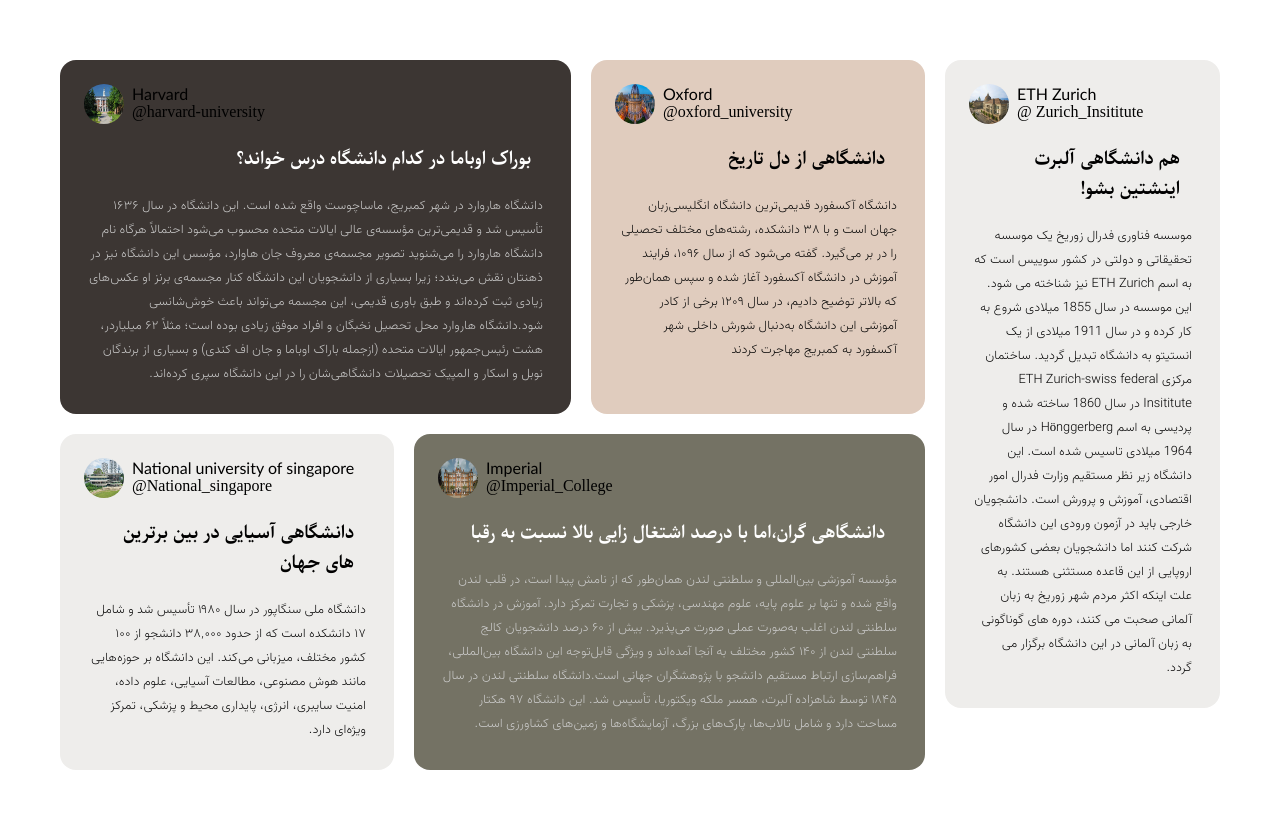
Repository: rahanwz/cards
Page: cards.html
An editor plug-in stored every save of this project. The page is shown before and after a run of saves, followed by the edit.
The browser window is 1280 px wide. The pictures show the whole page.

Above is the page before, as saved 2024-02-17 16:54:33.

### cards.html
<!DOCTYPE html>
<html lang="en">
  <head>
    <meta charset="UTF-8" />
    <meta name="viewport" content="width=device-width, initial-scale=1.0" />
    <title>Document</title>
    <link rel="stylesheet" href="cards.css" />
  </head>
  <body>
    <div class="container">
      <div class="boxcard1">
        <div class="cardcontainer big-card">
          <div class="card1">
            <div class="head">
              <div class="profile">
                <div class="profilecontaner">
                  <img
                    src="harvard-university-6591e0b9df73096be8d614ee.webp"
                    alt=""
                  />
                </div>
              </div>

              <div>
                <div class="user">Harvard</div>
                <div class="id">@harvard-university</div>
              </div>
            </div>
            <div class="descrip1" style="color: #ffffff;">بوراک اوباما در کدام دانشگاه درس خواند؟</div>
            <div class="descrip2" style=" color: #d0d0d0;">
              دانشگاه هاروارد در شهر کمبریج، ماساچوست واقع شده است. این دانشگاه
              در سال ۱۶۳۶ تأسیس شد و قدیمی‌ترین مؤسسه‌ی عالی ایالات متحده محسوب
              می‌شود احتمالاً هرگاه نام دانشگاه هاروارد را می‌شنوید تصویر
              مجسمه‌ی معروف جان هاوارد، مؤسس این دانشگاه نیز در ذهنتان نقش
              می‌بندد؛ زیرا بسیاری از دانشجویان این دانشگاه کنار مجسمه‌ی برنز او
              عکس‌های زیادی ثبت کرده‌اند و طبق باوری قدیمی، این مجسمه می‌تواند
              باعث خوش‌شانسی شود.دانشگاه هاروارد محل تحصیل نخبگان و افراد موفق
              زیادی بوده است؛ مثلاً ۶۲ میلیاردر، هشت‌ رئیس‌جمهور ایالات متحده
              (ازجمله باراک اوباما و جان اف کندی) و بسیاری از برندگان نوبل و
              اسکار و المپیک تحصیلات دانشگاهی‌شان را در این دانشگاه سپری
              کرده‌اند.
            </div>
          </div>
        </div>

        <div class="cardcontainer small-card">
          <div class="card2">
            <div class="head">
              <div class="profile">
                <div class="profilecontaner">
                  <img
                    src="oxford-university-jpg-6591b422df73096be8d6145c.webp"
                    alt=""
                  />
                </div>
              </div>
              <div>
                <div class="user">Oxford</div>
                <div class="id">@oxford_university</div>
              </div>
            </div>
            <div class="descrip1">دانشگاهی از دل تاریخ</div>
            <div class="descrip2">
              دانشگاه آکسفورد قدیمی‌ترین دانشگاه انگلیسی‌زبان جهان است و با ۳۸
              دانشکده، رشته‌های مختلف تحصیلی را در بر می‌گیرد. گفته می‌شود که از
              سال ۱۰۹۶، فرایند آموزش در دانشگاه آکسفورد آغاز شده و سپس همان‌طور
              که بالاتر توضیح دادیم، در سال ۱۲۰۹ برخی از کادر آموزشی این دانشگاه
              به‌دنبال شورش داخلی شهر آکسفورد به کمبریج مهاجرت کردند
            </div>
          </div>
        </div>

        <div class="cardcontainer small-card">
          <div class="card3">
            <div class="head">
              <div class="profile">
                <div class="profilecontaner">
                  <img src="nus-6591f1acdf73096be8d61515.webp" alt="" />
                </div>
              </div>

              <div>
                <div class="user">National university of singapore</div>
                <div class="id">@National_singapore</div>
              </div>
            </div>
            <div class="descrip1">دانشگاهی آسیایی در بین برترین های جهان</div>
            <div class="descrip2">
              دانشگاه ملی سنگاپور در سال ۱۹۸۰ تأسیس شد و شامل ۱۷ دانشکده‌ است که
              از حدود ۳۸٬۰۰۰ دانشجو از ۱۰۰ کشور مختلف، میزبانی می‌کند. این
              دانشگاه بر حوزه‌هایی مانند هوش مصنوعی، مطالعات آسیایی، علوم داده،
              امنیت سایبری، انرژی، پایداری محیط و پزشکی، تمرکز ویژه‌ای دارد.
            </div>
          </div>
        </div>
        <div class="cardcontainer big-card">
          <div class="card4">
            <div class="head">
              <div class="profile">
                <div class="profilecontaner">
                  <img
                    src="imperial-college-london-6591e911df73096be8d614fb.webp"
                    alt=""
                  />
                </div>
              </div>

              <div>
                <div class="user">Imperial</div>
                <div class="id">@Imperial_College</div>
              </div>
            </div>
            <div class="descrip1" style="color: #ffffff;">
              دانشگاهی گران،اما با درصد اشتغال زایی بالا نسبت به رقبا
            </div>
            <div class="descrip2" style="color: #cfcfcf;">
              مؤسسه آموزشی بین‌المللی و سلطنتی لندن همان‌طور که از نامش پیدا
              است، در قلب لندن واقع شده و تنها بر علوم پایه، علوم مهندسی، پزشکی
              و تجارت تمرکز دارد. آموزش در دانشگاه سلطنتی لندن اغلب به‌صورت عملی
              صورت می‌پذیرد. بیش از ۶۰ درصد دانشجویان کالج سلطنتی لندن از ۱۴۰
              کشور مختلف به آنجا آمده‌اند و ویژگی قابل‌توجه این دانشگاه
              بین‌المللی، فراهم‌سازی ارتباط مستقیم دانشجو با پژوهشگران جهانی
              است.دانشگاه سلطنتی لندن در سال ۱۸۴۵ توسط شاهزاده آلبرت، همسر ملکه
              ویکتوریا، تأسیس شد. این دانشگاه ۹۷ هکتار مساحت دارد و شامل
              تالاب‌ها، پارک‌های بزرگ، آزمایشگاه‌ها و زمین‌های کشاورزی است.
            </div>
          </div>
        </div>
      </div>
      <div class="boxcard2">
        <div class="cardcontainer">
          <div class="card5">
            <div class="head">
              <div class="profile">
                <div class="profilecontaner">
                  <img src="zurich-eth-6591f083df73096be8d6150c.webp" alt="" />
                </div>
              </div>

              <div>
                <div class="user">ETH Zurich</div>
                <div class="id">@ Zurich_Insititute</div>
              </div>
            </div>
            <div class="descrip1" ">هم دانشگاهی آلبرت اینشتین بشو!</div>
            <div class="descrip2">
              موسسه فناوری فدرال زوریخ یک موسسه تحقیقاتی و دولتی در کشور سوییس
              است که به اسم ETH Zurich نیز شناخته می شود. این موسسه در سال 1855
              میلادی شروع به کار کرده و در سال 1911 میلادی از یک انستیتو به
              دانشگاه تبدیل گردید. ساختمان مرکزی ETH Zurich-swiss federal
              Insititute در سال 1860 ساخته شده و پردیسی به اسم Hönggerberg در
              سال 1964 میلادی تاسیس شده است. این دانشگاه زیر نظر مستقیم وزارت
              فدرال امور اقتصادی، آموزش و پرورش است. دانشجویان خارجی باید در
              آزمون ورودی این دانشگاه شرکت کنند اما دانشجویان بعضی کشورهای
              اروپایی از این قاعده مستثنی هستند. به علت اینکه اکثر مردم شهر
              زوریخ به زبان آلمانی صحبت می کنند، دوره های گوناگونی به زبان
              آلمانی در این دانشگاه برگزار می گردد.
            </div>
          </div>
        </div>
      </div>
    </div>
  </body>
</html>

### cards.css
* {
  padding: 0;
  margin: 0;
  box-sizing: border-box;
}

.container {
  display: flex;
  flex-direction: column;
  width: 100%;
  height: auto;
  padding: 3rem 2.5rem;
}

.head {
  display: flex;
}

.cardcontainer {
  width: 100%;
  padding: 10px;
}

.card1 {
  background-color: #3c3633;
  padding: 1.5rem;
  border-radius: 1rem;
}
.profile img {
  width: 40px;
  height: 40px;
  margin-right: 0.5rem;
  border-radius: 50%;
}

.descrip {
  padding-top: 1.5rem;
}

.card2 {
  background-color: #e0ccbe;
  padding: 1.5rem;
  border-radius: 1rem;
}
.card3 {
  background-color: #eeedeb;
  padding: 1.5rem;
  border-radius: 1rem;
}
.card4 {
  padding: 1.5rem;
  border-radius: 1rem;
  background-color: #747264;
}

.card5 {
  background-color: #eeedeb;
  padding: 1.5rem;
  border-radius: 1rem;
}

@media (min-width: 1024px) {
  .container {
    flex-direction: row;
    padding: 50px;
    height: 100%;
  }

  .boxcard1 {
    display: flex;
    width: 75%;
    height:20%;
    flex-wrap: wrap;

  }

  .boxcard2 {
    width: 25%;
     height: 65%;
  }

  .big-card {
    width:60%;
  }
  .small-card {
    width:40%;
  }
  .card1,.card2,.card3,.card4,.card5{
    height: 100%;
  }

.descrip1,
.descrip2 {
  direction: rtl;
}

.descrip1{
 font-size: 1.1rem;
 padding: 1rem;
 font-family: titr;
}

.descrip2{
  padding: .25rem;
  font-size:.80rem;
  line-height:1.5rem;
  font-family:des;
}
.user{
  font-family: 'Gill Sans', 'Gill Sans MT', Calibri, 'Trebuchet MS', sans-serif;
}


}


@font-face{
  font-family:titr;
  src: url(font/Parastoo-Bold-FD-WOL.woff);
}



@font-face{
  font-family:des;
  src: url(font/Vazir-Thin.woff2);
}

After the next 2 saves:
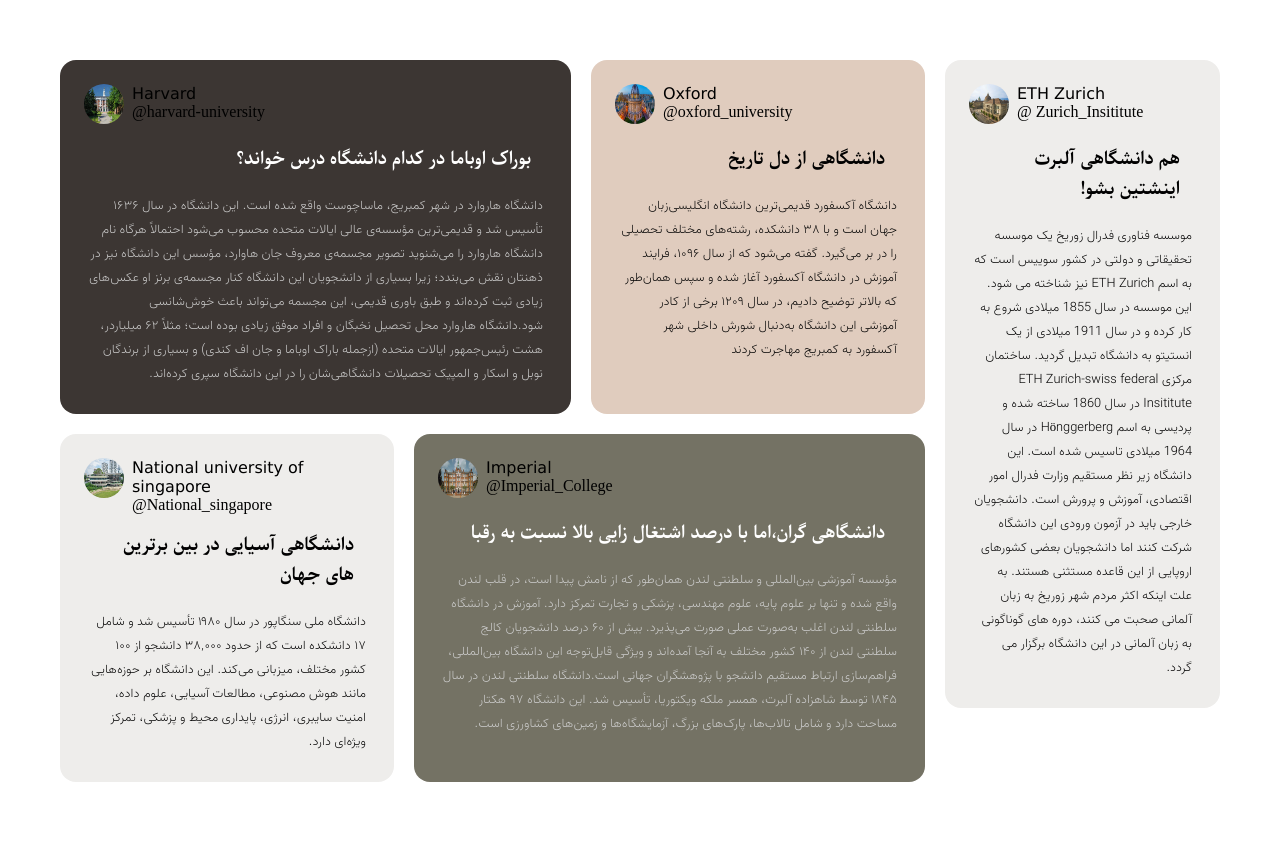
The 2 saves are shown as one change because they came seconds apart.
The last was saved 8 s later.
--- a/cards.css
+++ b/cards.css
@@ -107,7 +107,7 @@
   font-family:des;
 }
 .user{
-  font-family: 'Gill Sans', 'Gill Sans MT', Calibri, 'Trebuchet MS', sans-serif;
+  font-family: 'Lucida Sans', 'Lucida Sans Regular', 'Lucida Grande', 'Lucida Sans Unicode', Geneva, Verdana, sans-serif;
 }
 
 
